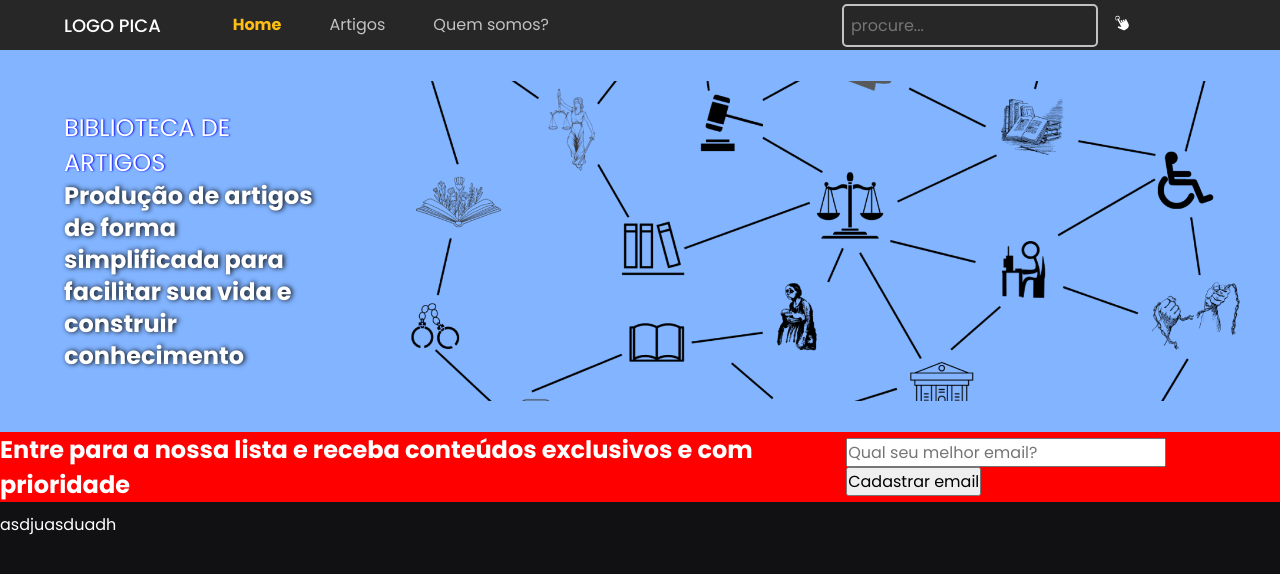
Repository: ArthurHendrich/Inepto
Page: /
The author's editor kept a copy of each file at every save. The page is drawn from the files as they stood at one save, then again after a run of saves.
The browser window is 1280 px wide. The pictures show the whole page.
The project was rebuilt for these pictures with package versions that can differ from the ones it lists, and the page was loaded fresh each time. The framework's server and built-in components were replaced by stand-ins that run in the browser. Also part of the build but not shown: next.config.js.

Above is the page before, as saved 2022-07-06 19:54:12.

### src/pages/_app.tsx
import { AppProps } from "next/app";
import { Header } from "../components/header";

import '../styles/global.scss';

function MyApp({ Component, pageProps }: AppProps) {
  return (
    <>
    <Header />
    <Component {...pageProps} />
    </>
  );
}

export default MyApp;

### src/pages/_document.tsx
import Document, { Html, Head, Main, NextScript } from "next/document";

export default class MyDocument extends Document {
  render() {
    return (
      <Html>
        <Head>
          <link rel="preconnect" href="https://fonts.googleapis.com" />
          <link
            href="https://fonts.googleapis.com/css2?family=Poppins:wght@400;500;700;900&display=swap"
            rel="stylesheet"
          />
          <link rel="shortcut icon" href="favicon.png" type="image/png" />
        </Head>
        <body>
          <Main />
          <NextScript />
        </body>
      </Html>
    );
  }
}

### src/pages/index.tsx
import Head from 'next/head';

import styles from '../styles/home.module.scss';

export default function Home() {

  return (
    <>
    <Head>
      <title>Direito Inepto</title>
    </Head>


    <main>
      <section className={styles.headerContainer} >
        <div className={styles.headerText}>
          <h1>BIBLIOTECA DE ARTIGOS</h1>
          <h2>Produção de artigos de forma simplificada para facilitar sua vida e construir conhecimento</h2>
        </div>
        <img src="/images/headerImage.png" alt="Header Image" />
      </section>

      <section className={styles.inputContainer}>
          <div>
            <h2>Entre para a nossa lista e receba conteúdos exclusivos e com prioridade</h2>
          </div>
          <div className={styles.inputContent}>
            <input type="text" placeholder="Qual seu melhor email?" />
            <button>Cadastrar email</button>
          </div>
      </section>
    </main>
    asdjuasduadh

    </>
  )
}

### src/components/header/index.tsx
import styles from "./styles.module.scss";
import { GiClick } from "react-icons/gi";
import { ActiveLink } from "../ActiveLink";
import { useState } from "react";



export function Header() {
  const [inputText, setInputText] = useState('');



  return (
    <header className={styles.headerContainer}>
      <div className={styles.headerContent}>
        <div className={styles.headerItens}>
          <div className={styles.headerLogo}>
            <ActiveLink href="/" activeClassName={styles.active}>
              <a>LOGO PICA</a>
            </ActiveLink>
          </div>

          <nav>
            <ActiveLink href="/" activeClassName={styles.active}>
              <a>Home</a>
            </ActiveLink>

            <ActiveLink href="/posts" activeClassName={styles.active}>
              <a>Artigos</a>
            </ActiveLink>

            <ActiveLink href="/sobre" activeClassName={styles.active}>
              <a>Quem somos?</a>
            </ActiveLink>
          </nav>
        </div>

        <div className={styles.headerSearch}>
          <input
            type="text"
            value={inputText}
            placeholder="procure..."
            onChange={(e) => setInputText(e.target.value)}
          />
          <GiClick className={styles.headerSearchIcon}/>
        </div>
      </div>
    </header>
  );
}

### src/styles/global.scss
* {
  margin: 0;
  padding: 0;
  box-sizing: border-box;
}

:root {
  --white: #FFF;

  --gray-100: #C2C2C2;
  --gray-200: #CCCCCC;
  --gray-300: #7a7a7a;
  --gray-500: #272727;
  --gray-900: #111113;

  --blue-200: #3C7198;
  --blue-500: #82B4FF;
  --blue-900: #95D2FF;

  --purple-header: #2F1C6A;
  --purple-content: #492E9E;

  --yellow-500: #FFBE16;
}

@media (max-width: 1080px) {
  html {
    font-size: 93.75%;
  }
}

@media (max-width: 720px) {
  html {
    font-size: 87.5%;
  }
}

body{
  background: var(--gray-900);
  color: var(--white);
}

body, input, textarea, select, button {
  font: 400 1rem 'Poppins', sans-serif;
}

button {
  cursor: pointer;
}

a {
  color: inherit;
  text-decoration: none;
}

### src/styles/home.module.scss
.headerContainer {
  min-height: calc(60vh - 3.125rem);
  margin: 0 auto;
  display: flex;
  justify-content: center;
  align-items: center;
  padding: 0 2rem;
  background: var(--blue-500);

  .headerText {
    padding-left: 2rem;

    font-size: rem;

    h1 {
      font-weight: 50;
      cursor: pointer;
      text-shadow: 1px 0px 2px blue;
    }

    h2{
      font-weight: 700;
      line-height: 2rem;
      text-shadow: 1.5px 0px 5px black;
      cursor: pointer;
    }
  }

  img {
    width: 75%
  }
}

.inputContainer {
  max-width: 1475px;
  margin-bottom: 10px;
  display: flex;
  align-items: center;
  justify-content: center;
  background-color: red;
}

### src/components/header/styles.module.scss
.headerContainer {
  height: 3.125rem;
  background: var(--gray-500);
  color: var(--white);

}


.headerContent {
  height: 3.125rem;
  margin: 0 auto;
  display: flex;
  padding: 0 4rem;
  align-items: center;
  justify-content: space-between;

  .headerItens {
    display: flex;
    align-items: center;
    justify-content: space-between;

    .headerLogo {
      margin-right: 4rem;
      font-size: 1.125rem;
      font-weight: 500;
    }

    nav {
      height: 6rem;

      a {
        display: inline-block;
        position: relative;
        padding: 0 0.5rem;
        height: 6rem;
        line-height: 6rem;
        color: var(--gray-100);
        transition: color 0.2s;

        & + a {
          margin-left: 2rem;
        }

        &:hover {
          color: var(--white);
        }

        &.active{
          color: var(--yellow-500);
          font-weight: bold;
        }
      }
    }
  }

  .headerSearch {
    padding: 0 0.5rem;

    input {
      margin-right: 1rem;
      border: 2px solid var(--gray-100);
      border-radius: 5px;
      background: transparent;
      width: 70%;
      padding: 0.4375rem 0.4375rem;
      color: var(--gray-300);
    }
  }
}

### src/components/ActiveLink/index.tsx
import Link, { LinkProps } from "next/link";
import { useRouter } from "next/router";
import { cloneElement, ReactElement } from "react";

interface ActiveLinkProps extends LinkProps {
  children: ReactElement;
  activeClassName: string;
}

export function ActiveLink ({ children, activeClassName, ...rest }: ActiveLinkProps) {
  const { asPath } = useRouter();

  const className = asPath === rest.href ? activeClassName : '';


  return (
    <Link {...rest}>
      {cloneElement(children, { className })}
    </Link>
  )
}

After the next 2 saves:
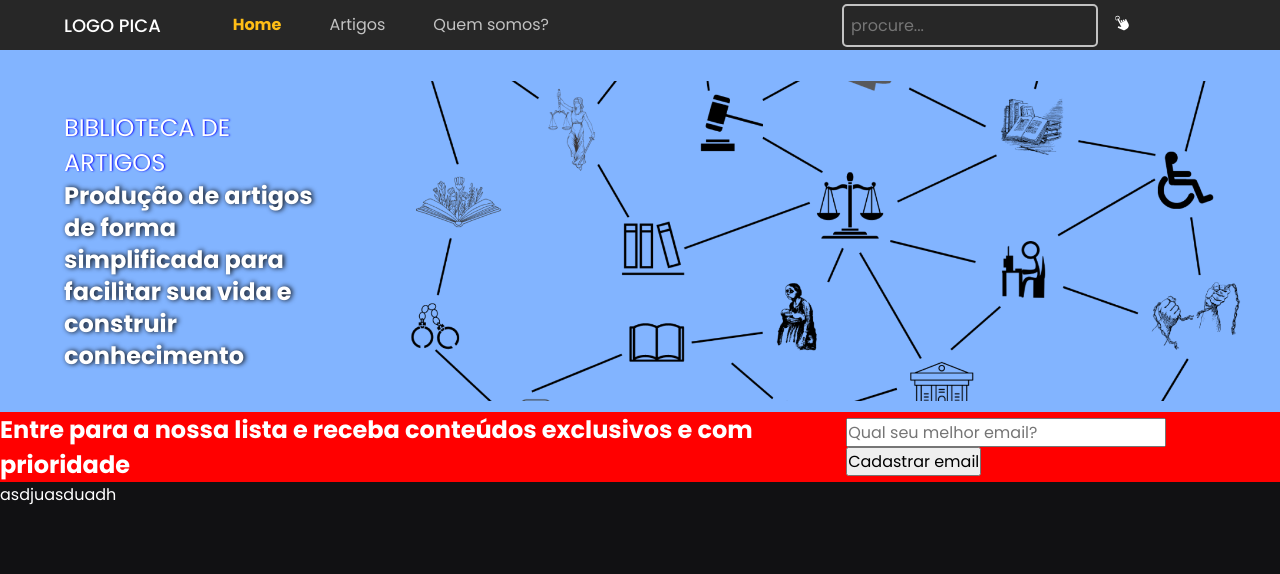
The 2 saves are shown as one change because they came seconds apart.
The last was saved 8 s later.
--- a/src/styles/home.module.scss
+++ b/src/styles/home.module.scss
@@ -33,7 +33,7 @@
 
 .inputContainer {
   max-width: 1475px;
-  margin-bottom: 10px;
+  margin-top: -20px;
   display: flex;
   align-items: center;
   justify-content: center;
